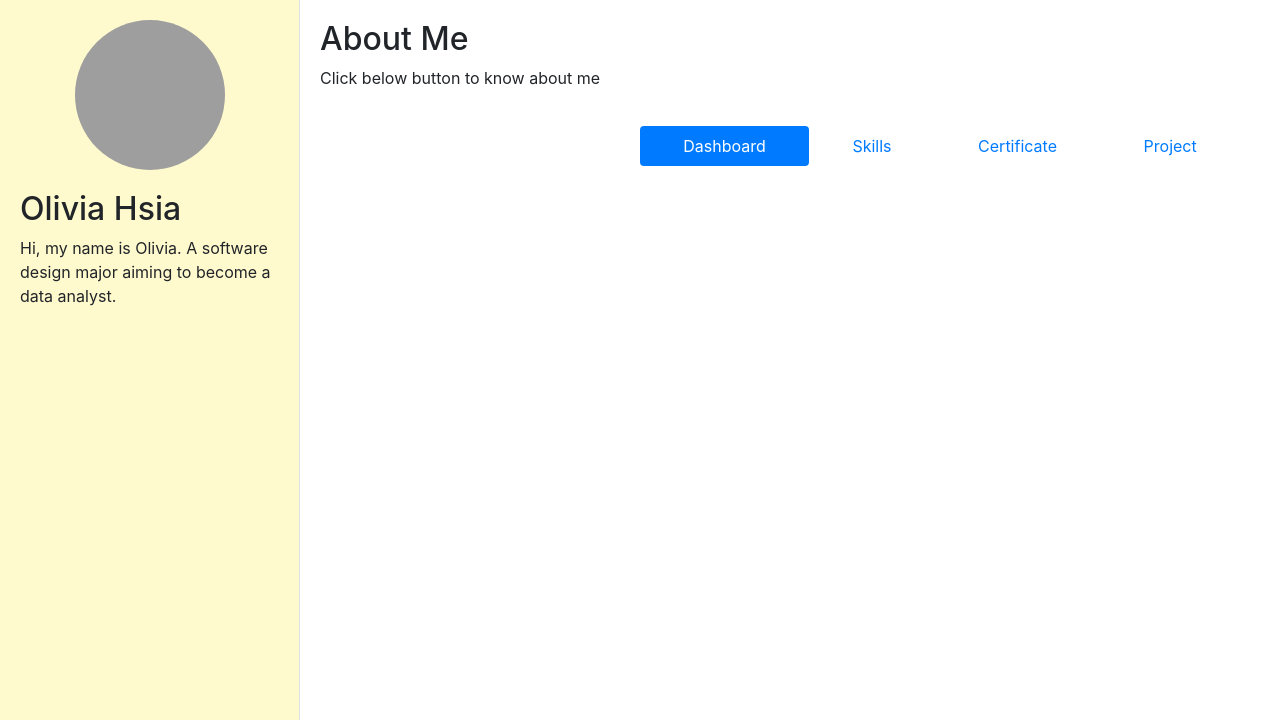
Repository: oliviahsia/FinalProject
Page: src/main/webapp/WEB-INF/main.html
An editor plug-in stored every save of this project. The page is shown before and after the next save, followed by the edit.
The browser window is 1280 px wide. The pictures show the whole page.
Pictures or frames that could not be fetched are drawn as grey boxes. An inner scrolling area shows only its first screen. Some web libraries are served in a nearby version.

Above is the page before, as saved 2024-03-09 18:27:03.

### src/main/webapp/WEB-INF/main.html
<!DOCTYPE html>
<html lang="en">

<head>
  <meta charset="UTF-8">
  <meta name="viewport" content="width=device-width, initial-scale=1.0">
  <title>Olivia's Portfolio</title>

  <!-- Bootstrap CSS -->
  <link rel="stylesheet" href="https://stackpath.bootstrapcdn.com/bootstrap/4.5.2/css/bootstrap.min.css">
  <!-- External CSS File -->
  <link rel="stylesheet" href="main.css">
</head>

<body>
  <div class="fixed-left">
    <!-- Content in left column -->
    <img src="https://lh3.googleusercontent.com/a/ACg8ocKWVQM9hWLLmIxDOQ-8DDjxv5seJuP0P7FXzxbhLupS1Ffm=s576-c-no"
      alt="Olivia Hsia" class="profile-pic">
    <h2>Olivia Hsia</h2>
    <p>Hi, my name is Olivia. A software design major aiming to become a data analyst. </p>
  </div>

  <div class="scrollable-right">
    <!-- Content in right column -->
    <h2>About Me</h2>
    <p>Click below button to know about me</p>

    <div class="scrollable-right">

      <!-- Navigation buttons replaced with Bootstrap nav-pills -->

      <ul class="nav nav-pills nav-fill">

        <li class="nav-item">
         <a class="nav-link active" href="#" onclick="showSection('Skills',this)">Dashboard</a>
        </li>

        <li class="nav-item">
          <a class="nav-link" href="#" onclick="showSection('Skills',this)">Skills</a>
        </li>

        <li class="nav-item">
          <a class="nav-link" href="#" onclick="showSection('Certificate',this)">Certificate</a>
        </li>

        <li class="nav-item">
          <a class="nav-link" href="#" onclick="showSection('Project',this)">Project</a>
        </li>

      </ul>

      <!-- Content sections (update as needed with card-like design) -->

      <div id="Skills" class="content-section">

        <!-- Add card-like elements here -->

      </div>

      <div id="Certificate" class="content-section" style="display: none;">

        <!-- Add card-like elements here -->

      </div>

      <div id="Project" class="content-section" style="display: none;">
        <!-- Add card-like elements here -->

      </div>


    </div>

    <!-- Add more content as needed to enable scrolling -->
  </div>

  <!-- Bootstrap JS and dependencies (Optional) -->
  <script src="https://code.jquery.com/jquery-3.5.1.slim.min.js"></script>
  <script src="https://cdn.jsdelivr.net/npm/@popperjs/core@2.5.4/dist/umd/popper.min.js"></script>
  <script src="https://stackpath.bootstrapcdn.com/bootstrap/4.5.2/js/bootstrap.min.js"></script>

  <script src="js/script.js"></script>
</body>

</html>

### src/main/webapp/WEB-INF/main.css
/* Custom styles */
body,
html {
  height: 100%;
  margin: 0;
  /* Remove default margin */
}

.fixed-left {
  position: fixed;
  top: 0;
  left: 0;
  width: 300px;
  /* Set the width of the left column */
  height: 100%;
  background-color: #FFFACD;
  /* Goose yellow for the left column */
  border-right: 1px solid #dee2e6;
  /* Optional border */
  overflow-x: hidden;
  /* Prevent horizontal scrollbar */
  padding: 20px;
  /* Optional padding */
}

.profile-pic {
  width: 150px;
  /* Adjust the size as needed */
  height: 150px;
  /* Adjust the size as needed */
  border-radius: 50%;
  /* Makes the image round */
  display: block;
  /* To center the image in the div */
  margin: 0 auto 20px;
  /* Centers the image and adds space below */
}

.scrollable-right {
  margin-left: 300px;
  /* Same as the width of the left column */
  padding: 20px;
  height: 100%;
  overflow-y: auto;
  /* Enable vertical scrollbar if content overflows */
  background-color: #FFFFFF;
  /* White for the right column */
}

.navigation-buttons button {
  padding: 10px;
  margin-right: 5px;
  cursor: pointer;
}

.content-section {
  display: none;
  /* Hide all sections by default */
}


/* Initial visible section */
#all {
  display: block;
}

### src/main/webapp/WEB-INF/js/script.js
function showSection(sectionId,buttonElement) {
  // First Hide all sections
  var sections = document.getElementsByClassName('content-section');

  for (var i = 0; i < sections.length; i++) {
    sections[i].style.display = 'none';
  }

  // Remove active class from all buttons
  var buttons = document.getElementsByClassName('nav-link');

  for (var i = 0; i < buttons.length; i++) {
    buttons[i].classList.remove('active');
  }

  // Show the selected section
  document.getElementById(sectionId).style.display = 'block';

  // Add active class to the clicked button
  buttonElement.classList.add('active');
}

After the next save:
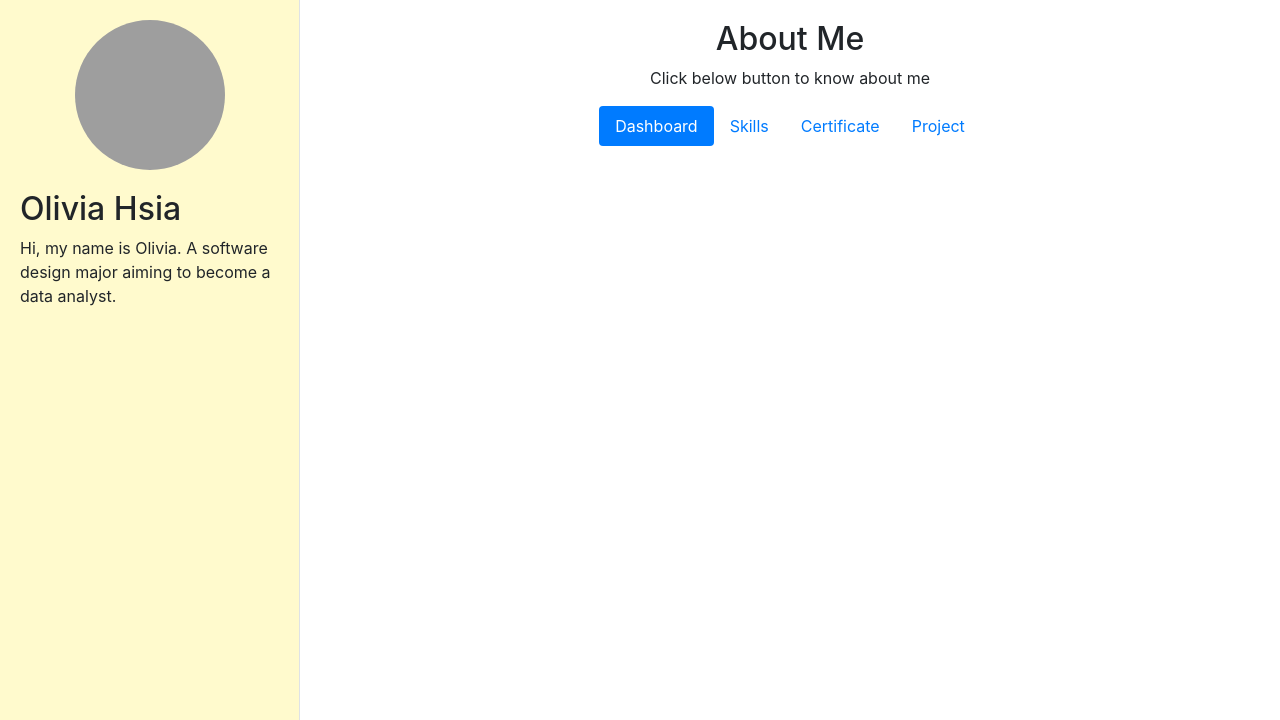
Saved 4 min 5 s later.
--- a/src/main/webapp/WEB-INF/main.html
+++ b/src/main/webapp/WEB-INF/main.html
@@ -21,56 +21,28 @@
     <p>Hi, my name is Olivia. A software design major aiming to become a data analyst. </p>
   </div>
 
-  <div class="scrollable-right">
-    <!-- Content in right column -->
+  <div class="scrollable-right text-center">
     <h2>About Me</h2>
     <p>Click below button to know about me</p>
 
-    <div class="scrollable-right">
-
-      <!-- Navigation buttons replaced with Bootstrap nav-pills -->
-
-      <ul class="nav nav-pills nav-fill">
-
+    <div class="d-flex justify-content-center">
+      <ul class="nav nav-pills">
         <li class="nav-item">
-         <a class="nav-link active" href="#" onclick="showSection('Skills',this)">Dashboard</a>
+          <a class="nav-link active" href="#" onclick="showSection('Dashboard',this)">Dashboard</a>
         </li>
-
         <li class="nav-item">
           <a class="nav-link" href="#" onclick="showSection('Skills',this)">Skills</a>
         </li>
-
         <li class="nav-item">
           <a class="nav-link" href="#" onclick="showSection('Certificate',this)">Certificate</a>
         </li>
-
         <li class="nav-item">
           <a class="nav-link" href="#" onclick="showSection('Project',this)">Project</a>
         </li>
+      </ul>
+    </div>
+  </div>
 
-      </ul>
-
-      <!-- Content sections (update as needed with card-like design) -->
-
-      <div id="Skills" class="content-section">
-
-        <!-- Add card-like elements here -->
-
-      </div>
-
-      <div id="Certificate" class="content-section" style="display: none;">
-
-        <!-- Add card-like elements here -->
-
-      </div>
-
-      <div id="Project" class="content-section" style="display: none;">
-        <!-- Add card-like elements here -->
-
-      </div>
-
-
-    </div>
 
     <!-- Add more content as needed to enable scrolling -->
   </div>

After the save that followed:
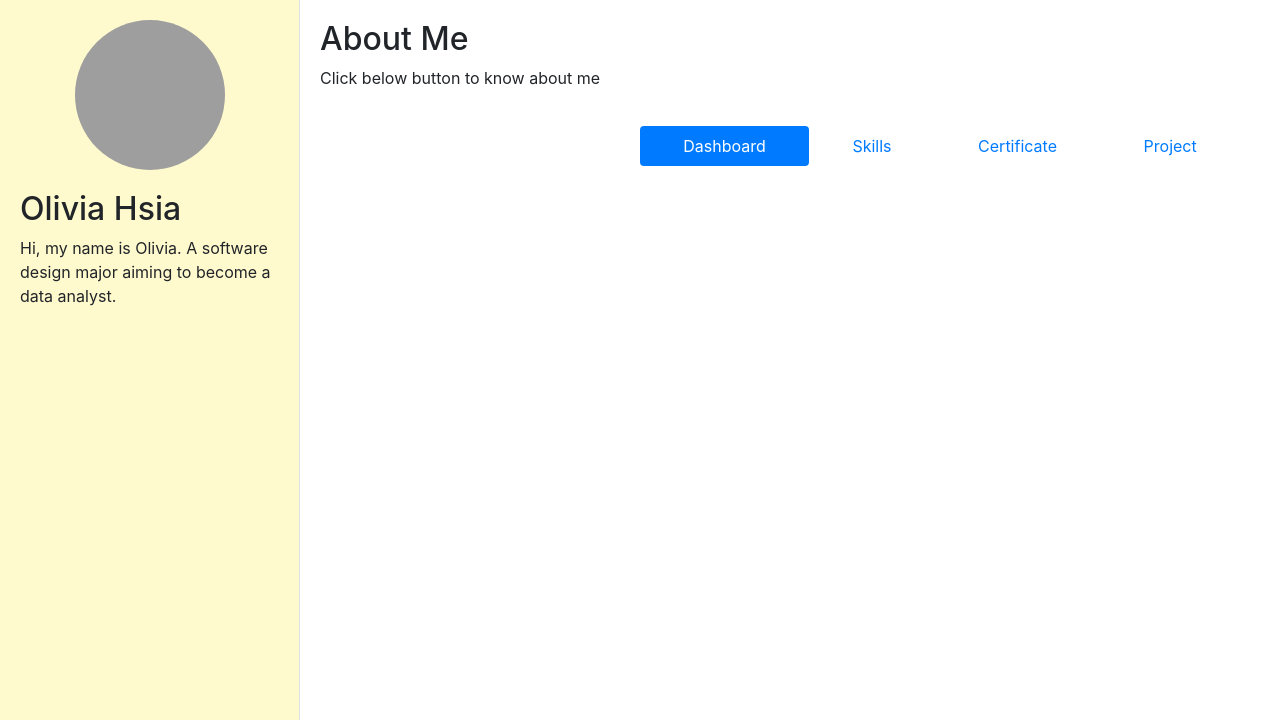
Saved 16 s later.
--- a/src/main/webapp/WEB-INF/main.html
+++ b/src/main/webapp/WEB-INF/main.html
@@ -21,28 +21,56 @@
     <p>Hi, my name is Olivia. A software design major aiming to become a data analyst. </p>
   </div>
 
-  <div class="scrollable-right text-center">
+  <div class="scrollable-right">
+    <!-- Content in right column -->
     <h2>About Me</h2>
     <p>Click below button to know about me</p>
 
-    <div class="d-flex justify-content-center">
-      <ul class="nav nav-pills">
+    <div class="scrollable-right">
+
+      <!-- Navigation buttons replaced with Bootstrap nav-pills -->
+
+      <ul class="nav nav-pills nav-fill">
+
         <li class="nav-item">
-          <a class="nav-link active" href="#" onclick="showSection('Dashboard',this)">Dashboard</a>
+          <a class="nav-link active" href="#" onclick="showSection('Skills',this)">Dashboard</a>
         </li>
+
         <li class="nav-item">
           <a class="nav-link" href="#" onclick="showSection('Skills',this)">Skills</a>
         </li>
+
         <li class="nav-item">
           <a class="nav-link" href="#" onclick="showSection('Certificate',this)">Certificate</a>
         </li>
+
         <li class="nav-item">
           <a class="nav-link" href="#" onclick="showSection('Project',this)">Project</a>
         </li>
+
       </ul>
+
+      <!-- Content sections (update as needed with card-like design) -->
+
+      <div id="Skills" class="content-section">
+
+        <!-- Add card-like elements here -->
+
+      </div>
+
+      <div id="Certificate" class="content-section" style="display: none;">
+
+        <!-- Add card-like elements here -->
+
+      </div>
+
+      <div id="Project" class="content-section" style="display: none;">
+        <!-- Add card-like elements here -->
+
+      </div>
+
+
     </div>
-  </div>
-
 
     <!-- Add more content as needed to enable scrolling -->
   </div>
